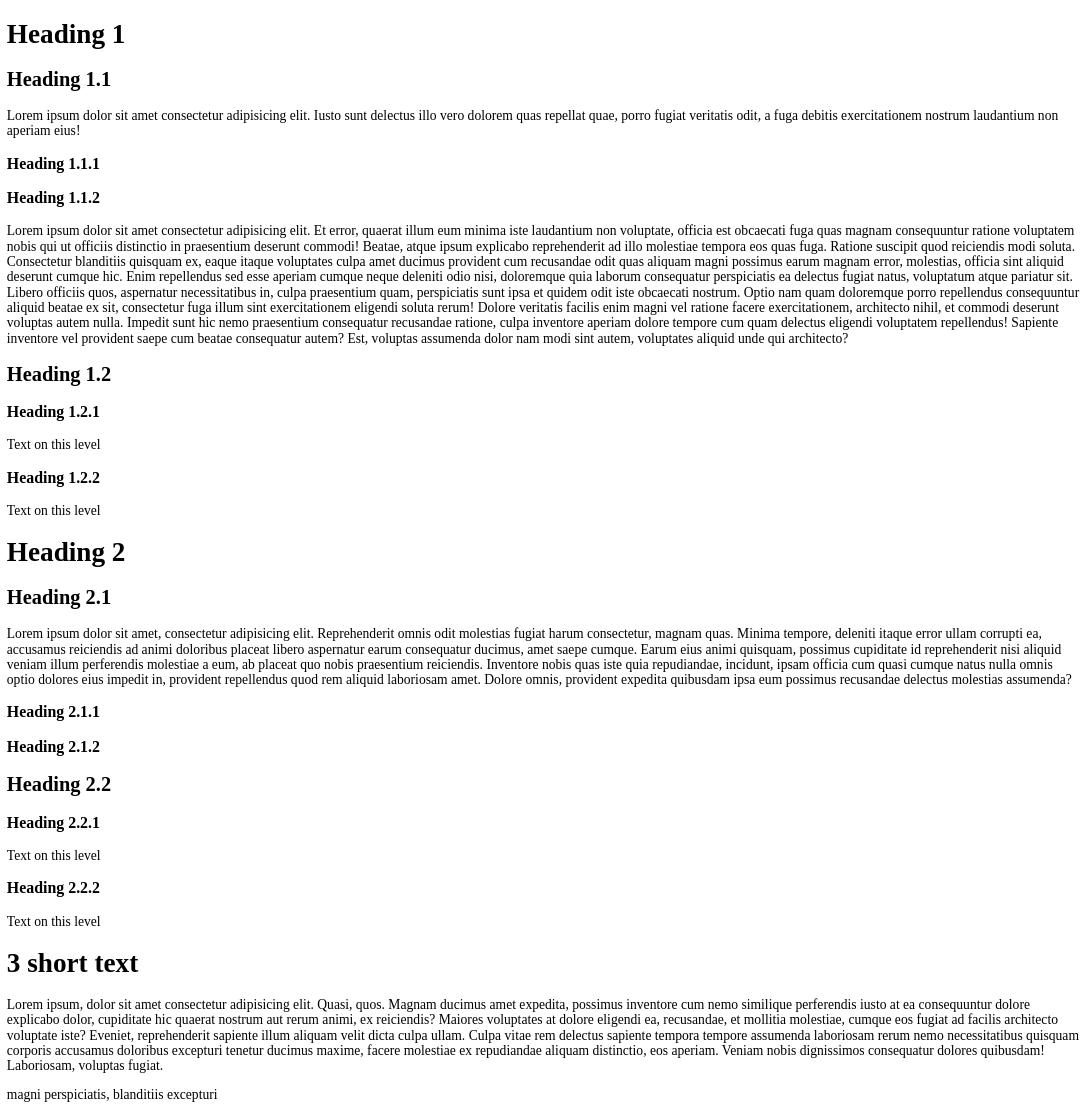
Repository: sammkrt/saltPrecourse
Page: html-trainingGround/index.html
The author's editor kept a copy of each file at every save. The page is drawn from the files as they stood at one save, then again after the next save.
The browser window is 1280 px wide. The pictures show the whole page, at 85% of full size.

Above is the page before, as saved 2022-12-15 14:29:27.

### html-trainingGround/index.html
<!DOCTYPE html>
<html lang="en">
<head>
    <meta charset="UTF-8">
    <meta http-equiv="X-UA-Compatible" content="IE=edge">
    <meta name="viewport" content="width=device-width, initial-scale=1.0">
    <title>SALT HTML Training Ground</title>
</head>
<body>
    <h1>Heading 1</h1>
    <h2>Heading 1.1</h2>
    <p>Lorem ipsum dolor sit amet consectetur adipisicing elit. Iusto sunt delectus illo vero dolorem quas repellat quae, porro fugiat veritatis odit, a fuga debitis exercitationem nostrum laudantium non aperiam eius!</p>
    <h3>Heading 1.1.1</h3>
    <h3>Heading 1.1.2</h3>
    <p>Lorem ipsum dolor sit amet consectetur adipisicing elit. Et error, quaerat illum eum minima iste laudantium non voluptate, officia est obcaecati fuga quas magnam consequuntur ratione voluptatem nobis qui ut officiis distinctio in praesentium deserunt commodi! Beatae, atque ipsum explicabo reprehenderit ad illo molestiae tempora eos quas fuga. Ratione suscipit quod reiciendis modi soluta. Consectetur blanditiis quisquam ex, eaque itaque voluptates culpa amet ducimus provident cum recusandae odit quas aliquam magni possimus earum magnam error, molestias, officia sint aliquid deserunt cumque hic. Enim repellendus sed esse aperiam cumque neque deleniti odio nisi, doloremque quia laborum consequatur perspiciatis ea delectus fugiat natus, voluptatum atque pariatur sit. Libero officiis quos, aspernatur necessitatibus in, culpa praesentium quam, perspiciatis sunt ipsa et quidem odit iste obcaecati nostrum. Optio nam quam doloremque porro repellendus consequuntur aliquid beatae ex sit, consectetur fuga illum sint exercitationem eligendi soluta rerum! Dolore veritatis facilis enim magni vel ratione facere exercitationem, architecto nihil, et commodi deserunt voluptas autem nulla. Impedit sunt hic nemo praesentium consequatur recusandae ratione, culpa inventore aperiam dolore tempore cum quam delectus eligendi voluptatem repellendus! Sapiente inventore vel provident saepe cum beatae consequatur autem? Est, voluptas assumenda dolor nam modi sint autem, voluptates aliquid unde qui architecto?</p>
    <h2>Heading 1.2</h2>
    <h3 id="first heading">Heading 1.2.1</h3>
    Text on this level
    <h3 id="second heading">Heading 1.2.2</h3>
    Text on this level
    <h1 class="large important">Heading 2</h1>
    <h2>Heading 2.1</h2>
    <p>Lorem ipsum dolor sit amet, consectetur adipisicing elit. Reprehenderit omnis odit molestias fugiat harum consectetur, magnam quas. Minima tempore, deleniti itaque error ullam corrupti ea, accusamus reiciendis ad animi doloribus placeat libero aspernatur earum consequatur ducimus, amet saepe cumque. Earum eius animi quisquam, possimus cupiditate id reprehenderit nisi aliquid veniam illum perferendis molestiae a eum, ab placeat quo nobis praesentium reiciendis. Inventore nobis quas iste quia repudiandae, incidunt, ipsam officia cum quasi cumque natus nulla omnis optio dolores eius impedit in, provident repellendus quod rem aliquid laboriosam amet. Dolore omnis, provident expedita quibusdam ipsa eum possimus recusandae delectus molestias assumenda?</p>
    <h3>Heading 2.1.1</h3>
    <h3>Heading 2.1.2</h3>
    <h2>Heading 2.2</h2>
    <h3>Heading 2.2.1</h3>
    Text on this level
    <h3>Heading 2.2.2</h3>
    Text on this level
</body>

<body>
    <h1> 3 short text</h1>
    <p>Lorem ipsum, dolor sit amet consectetur adipisicing elit. Quasi, quos. Magnam ducimus amet expedita, possimus inventore cum nemo similique perferendis iusto at ea consequuntur dolore explicabo dolor, cupiditate hic quaerat nostrum aut rerum animi, ex reiciendis? Maiores voluptates at dolore eligendi ea, recusandae, et mollitia molestiae, cumque eos fugiat ad facilis architecto voluptate iste? Eveniet, reprehenderit sapiente illum aliquam velit dicta culpa ullam. Culpa vitae rem delectus sapiente tempora tempore assumenda laboriosam rerum nemo necessitatibus quisquam corporis accusamus doloribus excepturi tenetur ducimus maxime, facere molestiae ex repudiandae aliquam distinctio, eos aperiam. Veniam nobis dignissimos consequatur dolores quibusdam! Laboriosam, voluptas fugiat.</p>
    <p>magni perspiciatis, blanditiis excepturi</p>
</body>
</html>

After the next save:
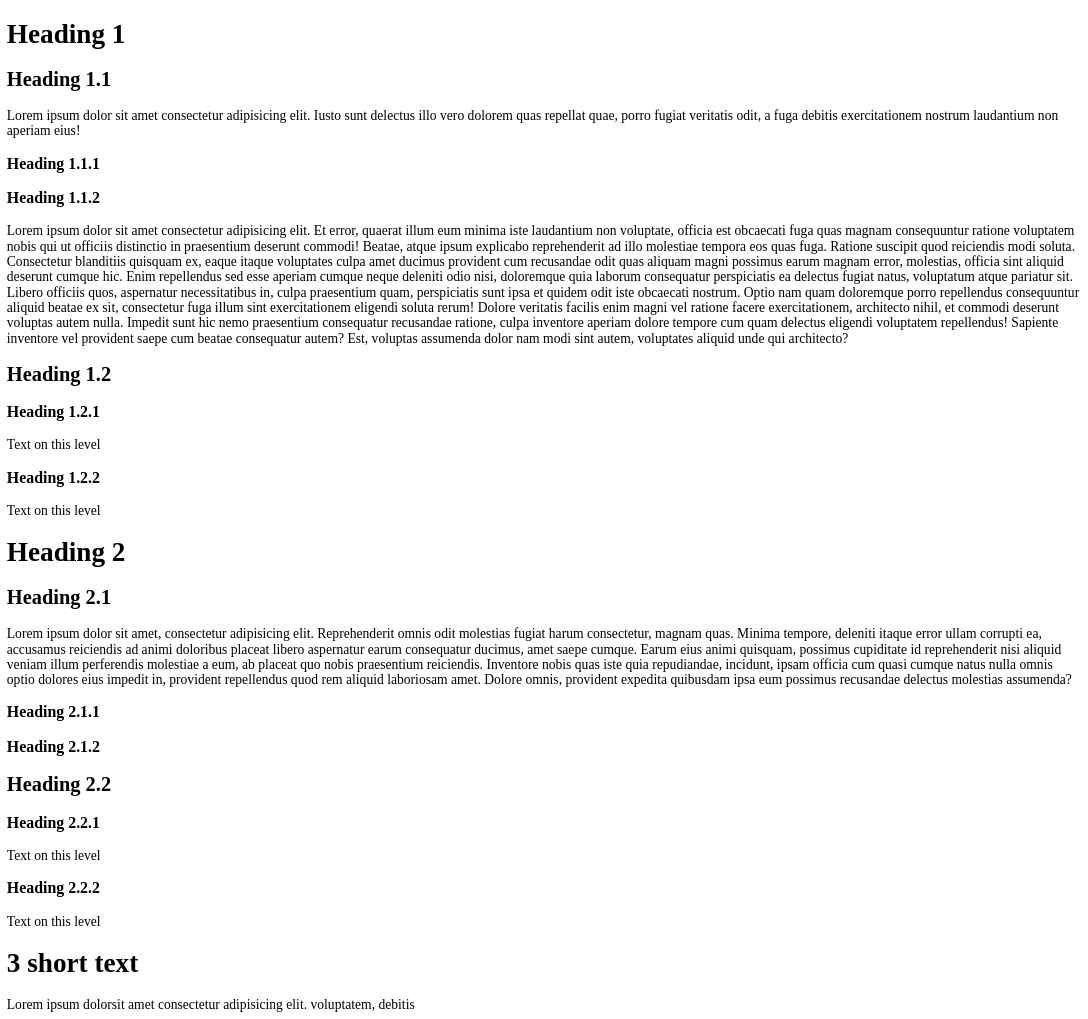
Saved 20 min 3 s later.
--- a/html-trainingGround/index.html
+++ b/html-trainingGround/index.html
@@ -32,7 +32,6 @@
 
 <body>
     <h1> 3 short text</h1>
-    <p>Lorem ipsum, dolor sit amet consectetur adipisicing elit. Quasi, quos. Magnam ducimus amet expedita, possimus inventore cum nemo similique perferendis iusto at ea consequuntur dolore explicabo dolor, cupiditate hic quaerat nostrum aut rerum animi, ex reiciendis? Maiores voluptates at dolore eligendi ea, recusandae, et mollitia molestiae, cumque eos fugiat ad facilis architecto voluptate iste? Eveniet, reprehenderit sapiente illum aliquam velit dicta culpa ullam. Culpa vitae rem delectus sapiente tempora tempore assumenda laboriosam rerum nemo necessitatibus quisquam corporis accusamus doloribus excepturi tenetur ducimus maxime, facere molestiae ex repudiandae aliquam distinctio, eos aperiam. Veniam nobis dignissimos consequatur dolores quibusdam! Laboriosam, voluptas fugiat.</p>
-    <p>magni perspiciatis, blanditiis excepturi</p>
+    <div>Lorem ipsum <span>dolor</span>sit amet consectetur adipisicing elit. voluptatem, debitis</div>
 </body>
 </html>
